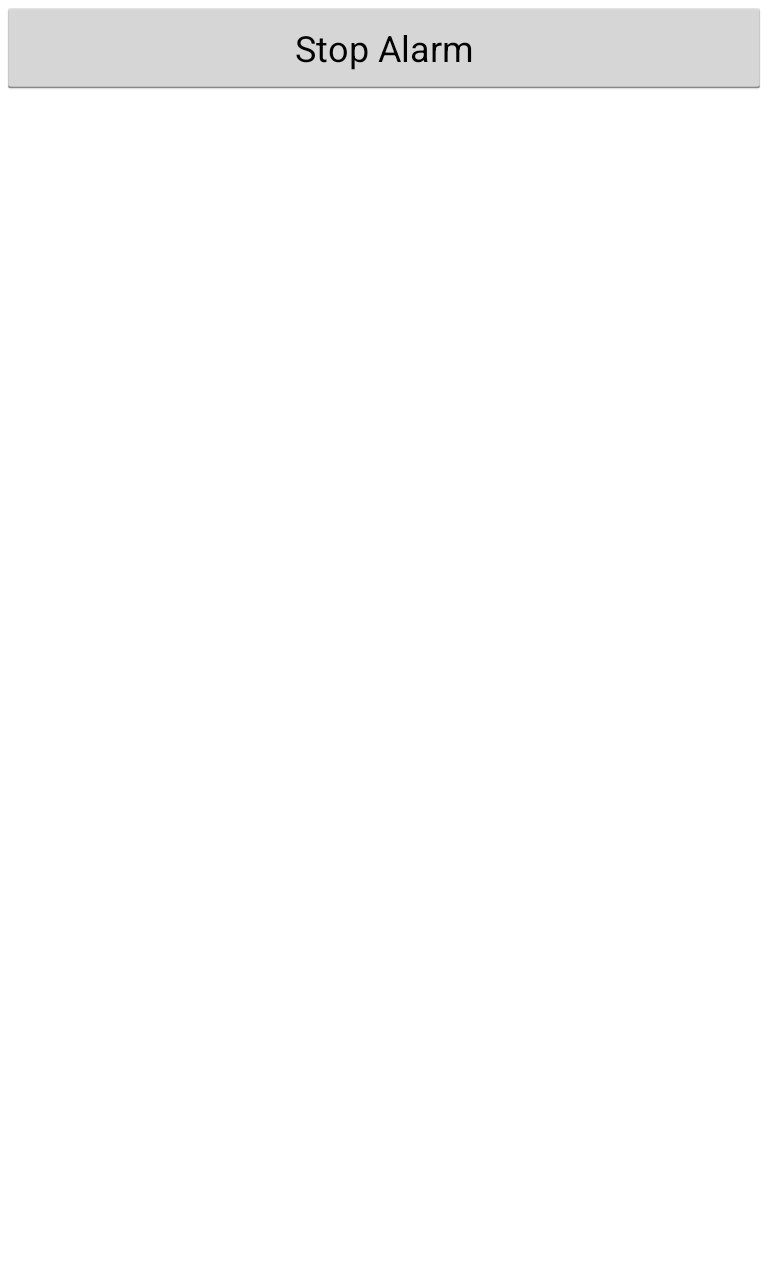
Repository: vipinvkamara/Database
Layout: AlarmManagerExample/res/layout/alarm.xml
The author's editor kept a copy of each file at every save. The layout is drawn from the files as they stood at one save, then again after the next save.
It is drawn on a 768 x 1280 px phone screen (xhdpi) without system bars, with theme AppTheme; the app's code is not run.

Above is the layout before, as saved 2015-02-13 05:13:39.

### AlarmManagerExample/res/layout/alarm.xml
<?xml version="1.0" encoding="utf-8"?>
<LinearLayout xmlns:android="http://schemas.android.com/apk/res/android"
    android:layout_width="fill_parent"
    android:layout_height="fill_parent"
    android:orientation="vertical" >

    <Button
        android:id="@+id/stopAlarm"
        android:layout_width="match_parent"
        android:layout_height="wrap_content"
        android:text="Stop Alarm" />

</LinearLayout>

Loaded but not shown: AlarmManagerExample/res/values/styles.xml (common file); AlarmManagerExample/res/values-v11/styles.xml (common file); AlarmManagerExample/res/values-v14/styles.xml (common file)

After the next save:
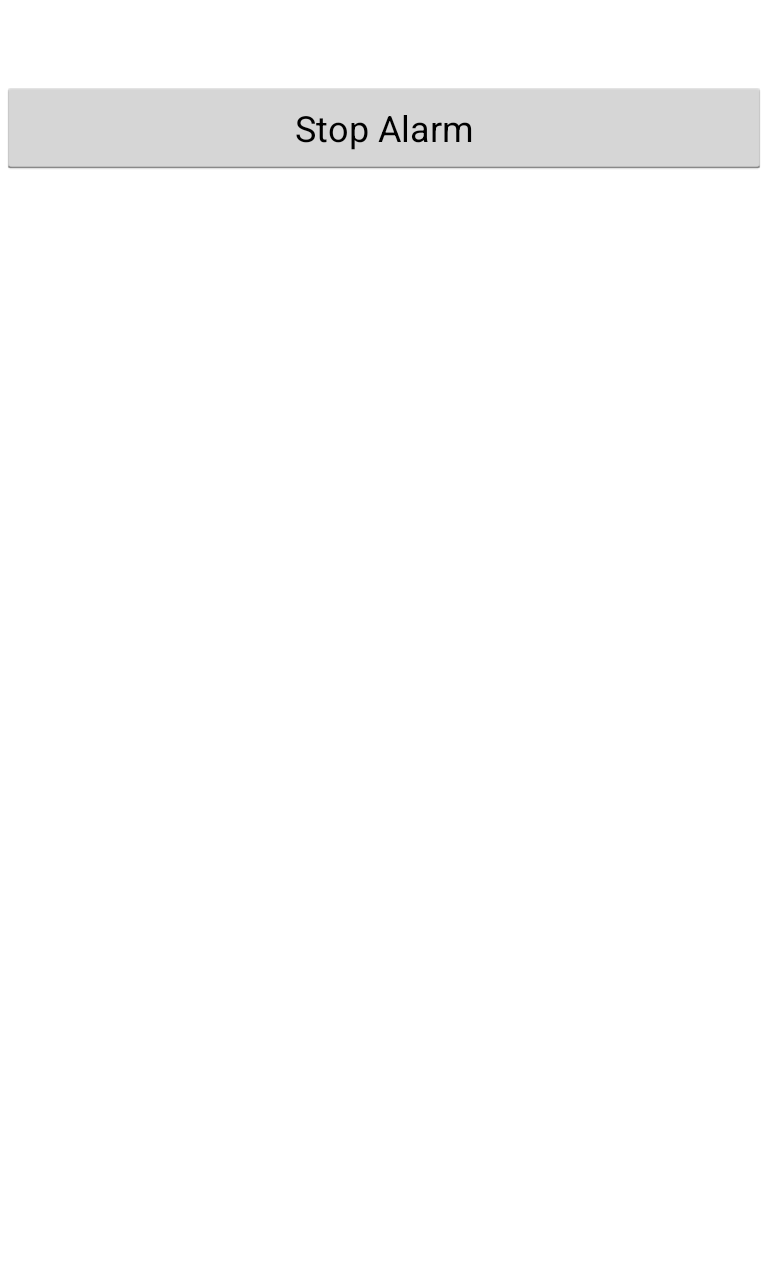
Saved 14 s later.
--- a/AlarmManagerExample/res/layout/alarm.xml
+++ b/AlarmManagerExample/res/layout/alarm.xml
@@ -7,6 +7,7 @@
     <Button
         android:id="@+id/stopAlarm"
         android:layout_width="match_parent"
+        android:layout_marginTop="40dp"
         android:layout_height="wrap_content"
         android:text="Stop Alarm" />
 
